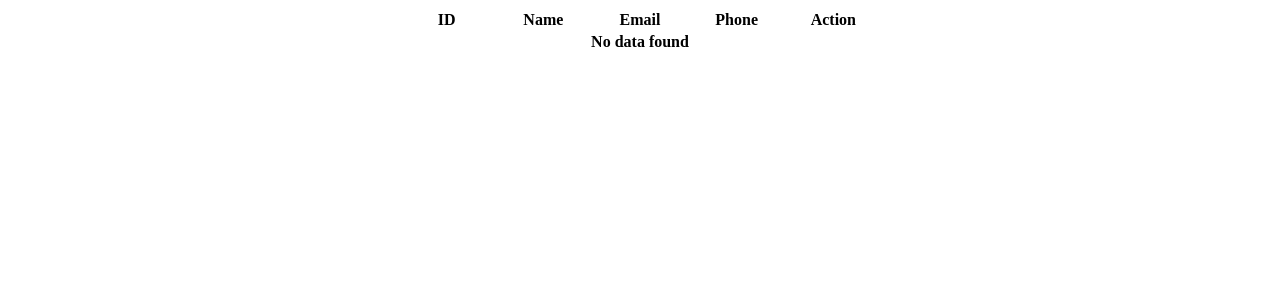
Repository: rkrukshan/CRUD-with-Laravel-V.10-Breeze
Page: http://localhost/students
An editor plug-in stored every save of this project. The page is shown before and after a run of saves, followed by the edit.
The browser window is 1280 px wide. The pictures show the whole page.
The page is served by the project's Laravel application, run on PHP 8.4 with Laravel 10. A made-up administrator, Test User (test@example.com), is signed in. Queries for data that is not in the repository find no rows.

Above is the page before, as saved 2023-11-15 11:34:29.

After the next 6 saves:
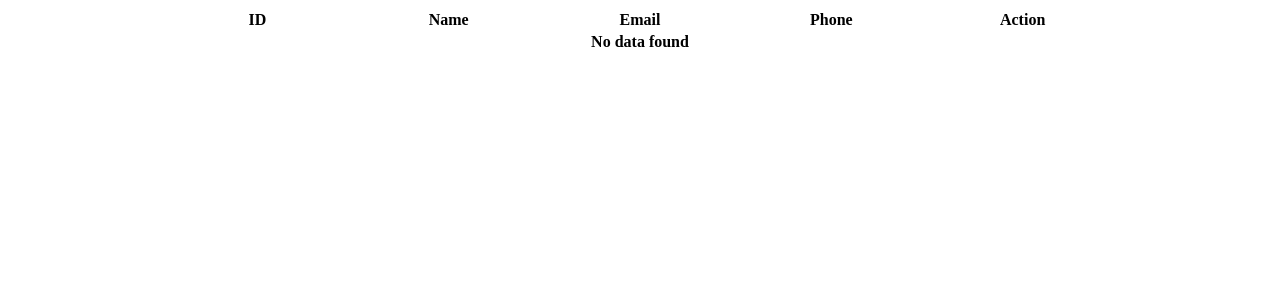
The 6 saves are shown as one change because they came seconds apart.
The last was saved 25 s later.
--- a/resources/views/student/index.blade.php
+++ b/resources/views/student/index.blade.php
@@ -2,17 +2,15 @@
 <center>
     <table class="hover:table-fixed">
         <tr>
-            <th width=10% class="border border-slate-700 text-white ">ID</th>
-            <th width=10% class="border border-slate-700 text-white ">Name</th>
-            <th width=10% class="border border-slate-700 text-white ">Email</th>
-            <th width=10% class="border border-slate-700 text-white ">Phone</th>
-            <th width=10% class="border border-slate-700 text-white ">Action</th>
+            <th width=5% class="border border-slate-700 text-white ">ID</th>
+            <th width=5% class="border border-slate-700 text-white ">Name</th>
+            <th width=5% class="border border-slate-700 text-white ">Email</th>
+            <th width=5% class="border border-slate-700 text-white ">Phone</th>
+            <th width=5% class="border border-slate-700 text-white ">Action</th>
         </tr>
         <tbody>
               @forelse ($records as $record)
-
-              <center>
-                <tr>
+              <tr>
                 <td class="border border-slate-700 text-white ">{{ $record->id }}</td>
                  <td class="border border-slate-700 text-white ">{{ $record->name }}</td>
                  <td class="border border-slate-700 text-white ">{{ $record->email }}</td>
@@ -22,8 +20,6 @@
                  <button class="bg-red-500 hover:bg-blue-700 text-white font-bold py-2 px-4 rounded">Delete</button>
                 </td>
              </tr>
-            </center>
-
               @empty
              <th colspan="5" class="text-white">No data found</th>
               @endforelse
